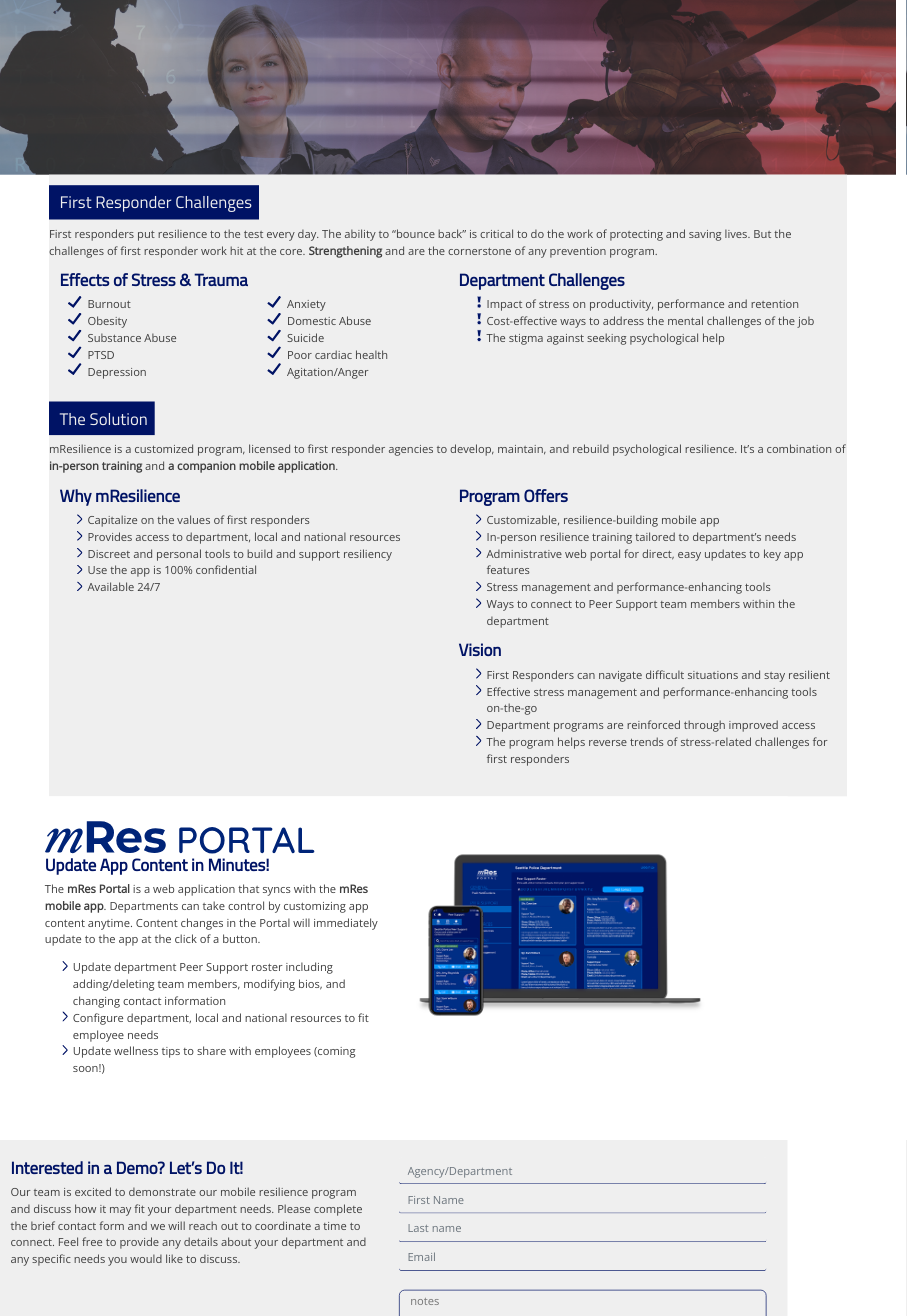
Repository: shenjune/mResilienceWebsite
Page: index.html
The author's editor kept a copy of each file at every save. The page is drawn from the files as they stood at one save, then again after the next save.
The browser window is 1280 px wide. The page is 1295 px wide, so the pictures cover 1295 px, including what lies to the right of the window. The pictures show the part of the page from y = 691 to 2571 px (the page is 3183 px tall before and 3049 px after), at 70% of full size.
Some web libraries are served in a nearby version.

Above is the page before, as saved 2019-11-11 08:43:02.

After the next save:
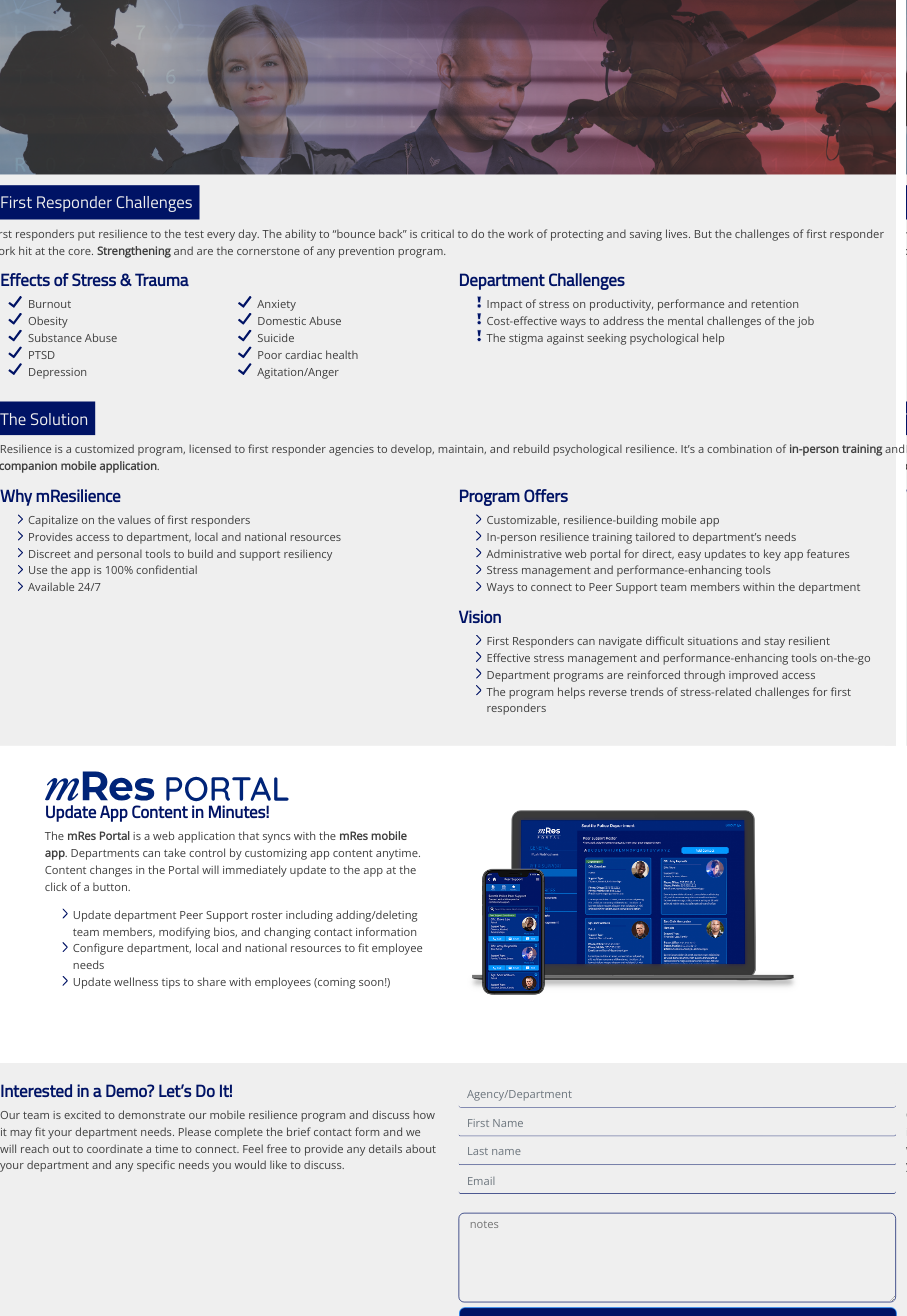
Saved 35 s later.
--- a/index.html
+++ b/index.html
@@ -92,7 +92,7 @@
 	</div>
 
 	<!-- 03 The Why -->
-	<div id="why" class="container">
+	<div id="why">
 		<div class="row">
 			<div class="col-12" id= "3A">
 				<!-- 03A: First Responder Challenges section-->
@@ -208,7 +208,7 @@
 	</div>
 
 	<!-- 04 PORTAL DIV -->
-	<div id="portal-div" class="container row">
+	<div id="portal-div" class="row">
 		<!-- div for the portal text -->
 		<div class="col-lg-6 ml-auto col-sm-12">
 			<img id="portallogo" src="Assets/Images/portallogo2.svg" alt="mResLogo">
@@ -229,7 +229,7 @@
 	</div>
 
 	<!---- 05 Contact Form ---->
-	<div id="back-form" class="container mobilePadding2 row">
+	<div id="back-form" class="mobilePadding2 row">
 		<div class="col-lg-6 col-sm-12">
 			<h4 class="secondFont">Interested in a Demo? Let’s Do It!</h4>
 			<p>Our team is excited to demonstrate our mobile resilience program and discuss how it may fit your department needs. Please complete the brief contact form and we will reach out to coordinate a time to connect. Feel free to provide any details about your department and any specific needs you would like to discuss.</p>
@@ -261,7 +261,7 @@
 	</div>
 
 	<!--06 About TIAG goes here-->
-	<div id="about" class="container mobilePadding2 row">
+	<div id="about" class="mobilePadding2 row">
 		<h4 class="secondFont" id="whoWeAre">
 			<strong>Who are we?</strong>  We build technologies that work.
 		</h4>
@@ -274,7 +274,7 @@
 	</div>
 
 	<!-- FOOTER FOR THE WEBSITE -->
-	<footer class="footer container">
+	<footer class="footer">
 		<div id= "footer-row" class="row">
 		<!-- footer conditions in Javascript will reference this div -->
 		</div>

After the save that followed:
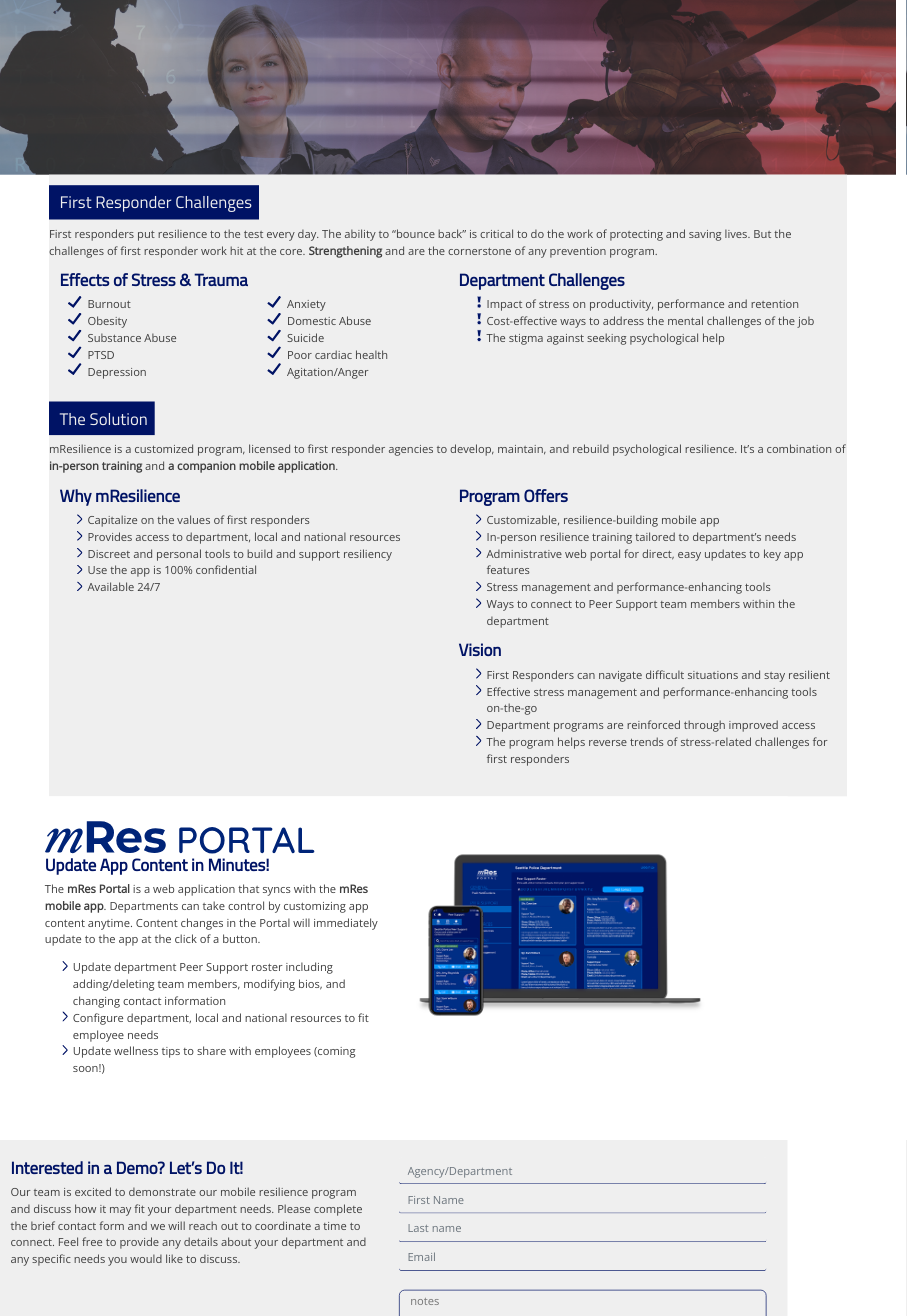
Saved 36 s later.
--- a/index.html
+++ b/index.html
@@ -92,7 +92,7 @@
 	</div>
 
 	<!-- 03 The Why -->
-	<div id="why">
+	<div id="why" class="container">
 		<div class="row">
 			<div class="col-12" id= "3A">
 				<!-- 03A: First Responder Challenges section-->
@@ -208,7 +208,7 @@
 	</div>
 
 	<!-- 04 PORTAL DIV -->
-	<div id="portal-div" class="row">
+	<div id="portal-div" class="container row">
 		<!-- div for the portal text -->
 		<div class="col-lg-6 ml-auto col-sm-12">
 			<img id="portallogo" src="Assets/Images/portallogo2.svg" alt="mResLogo">
@@ -229,7 +229,7 @@
 	</div>
 
 	<!---- 05 Contact Form ---->
-	<div id="back-form" class="mobilePadding2 row">
+	<div id="back-form" class="container mobilePadding2 row">
 		<div class="col-lg-6 col-sm-12">
 			<h4 class="secondFont">Interested in a Demo? Let’s Do It!</h4>
 			<p>Our team is excited to demonstrate our mobile resilience program and discuss how it may fit your department needs. Please complete the brief contact form and we will reach out to coordinate a time to connect. Feel free to provide any details about your department and any specific needs you would like to discuss.</p>
@@ -261,7 +261,7 @@
 	</div>
 
 	<!--06 About TIAG goes here-->
-	<div id="about" class="mobilePadding2 row">
+	<div id="about" class="container mobilePadding2 row">
 		<h4 class="secondFont" id="whoWeAre">
 			<strong>Who are we?</strong>  We build technologies that work.
 		</h4>
@@ -274,7 +274,7 @@
 	</div>
 
 	<!-- FOOTER FOR THE WEBSITE -->
-	<footer class="footer">
+	<footer class="footer container">
 		<div id= "footer-row" class="row">
 		<!-- footer conditions in Javascript will reference this div -->
 		</div>
